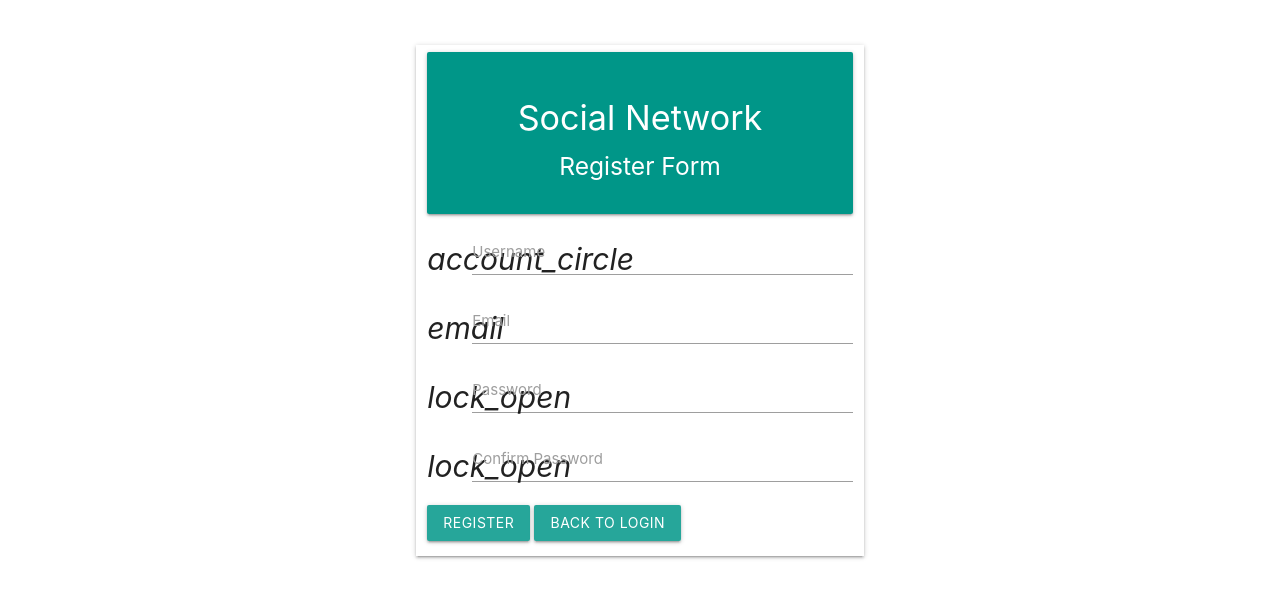
Repository: thdal/Atelier_JEE_16_02
Page: http://localhost/Atelier_JEE_16_02/WEB-INF/pages/connexion/FormRegister.jsp
The author's editor kept a copy of each file at every save. The page is drawn from the files as they stood at one save, then again after the next save.
The browser window is 1280 px wide. The pictures show the whole page.
The page is served by Tomcat 9. Nobody is signed in. Other server files are loaded and not shown. The template is opened directly, without the code that normally fills it, so the values that code supplies are empty.

Above is the page before, as saved 2021-02-22 07:35:58.

### Atelier_JEE_16_02/src/main/webapp/WEB-INF/pages/connexion/FormRegister.jsp
<%@ page language="java" contentType="text/html; charset=ISO-8859-1"
    pageEncoding="ISO-8859-1"%>
<!DOCTYPE>
<html>
<head>
<link rel="stylesheet" href="https://cdnjs.cloudflare.com/ajax/libs/materialize/1.0.0/css/materialize.min.css">
	  <link href="https://fonts.googleapis.com/icon?family=Material+Icons" rel="stylesheet">
<meta http-equiv="Content-Type" content="text/html; charset=ISO-8859-1">
<title>Formulaire d'enregistrement</title>
</head>
<body>
<div class="container">
      <div style="margin-top:5%" class="row">
          <div class="col s6 offset-s3 z-depth-1" id="panell">
            <div class="card-panel teal">
	          <h4 style="text-align: center;" class="white-text">Social Network</h4>
	          <h5 style="text-align: center;" class="white-text" id="title">Register Form</h5>
	        </div>
            <form>

        <div class="input-field" id="username">
        	 <i class="material-icons prefix">account_circle</i>
	         <input  type="text" class="validate">
	         <label for="username">Username</label>
        </div>
        <div class="input-field" id="username">
             <i class="material-icons prefix">email</i>
	         <input  type="text" class="validate">
	         <label for="username">Email</label>
        </div>
        <div class="input-field" id="password">
            <i class="material-icons prefix">lock_open</i>
            <input  type="password" class="validate">
            <label for="password">Password</label>
        </div>
        <div class="input-field" id="password">
            <i class="material-icons prefix">lock_open</i>
            <input  type="password" class="validate">
            <label for="password">Confirm Password</label>
        </div>
        <a class="waves-effect waves-light btn" id="loginbtn">Register</a>
        <a href="connexion" class="waves-effect waves-light btn teal lighten-1" id="loginbtn">Back to login</a>

        </form>

        </div>
      </div>

    </div>

</body>
    <script src="https://cdnjs.cloudflare.com/ajax/libs/materialize/1.0.0/js/materialize.min.js"></script>
</html>

After the next save:
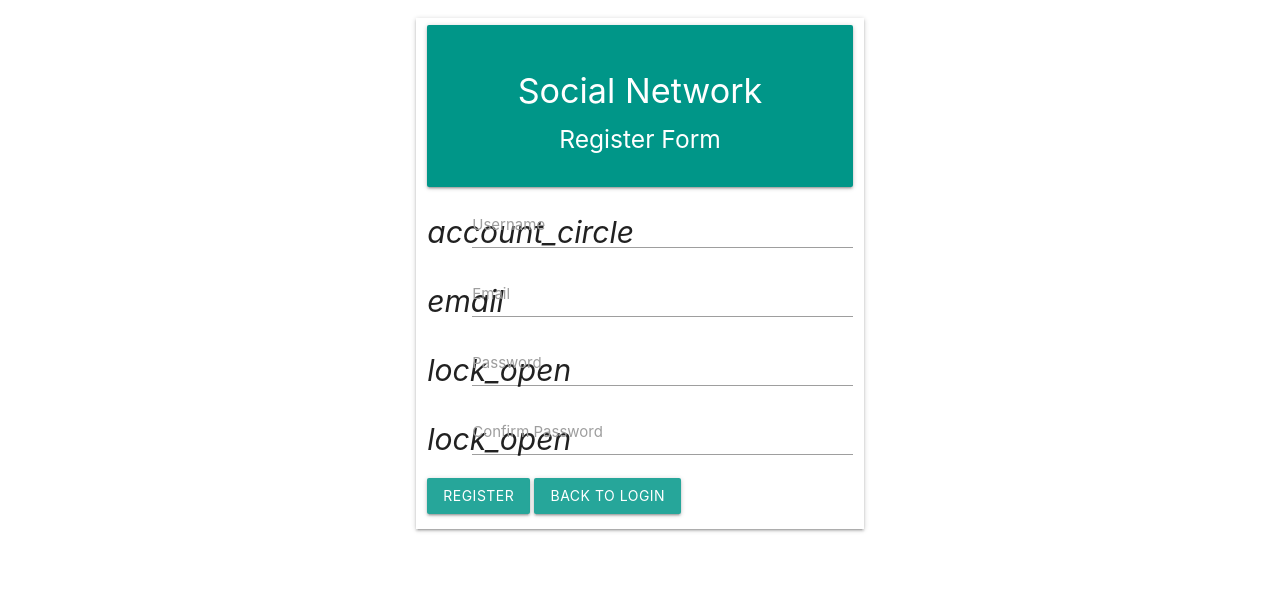
Saved 4 s later.
--- a/Atelier_JEE_16_02/src/main/webapp/WEB-INF/pages/connexion/FormRegister.jsp
+++ b/Atelier_JEE_16_02/src/main/webapp/WEB-INF/pages/connexion/FormRegister.jsp
@@ -10,7 +10,7 @@
 </head>
 <body>
 <div class="container">
-      <div style="margin-top:5%" class="row">
+      <div style="margin-top:2%" class="row">
           <div class="col s6 offset-s3 z-depth-1" id="panell">
             <div class="card-panel teal">
 	          <h4 style="text-align: center;" class="white-text">Social Network</h4>
